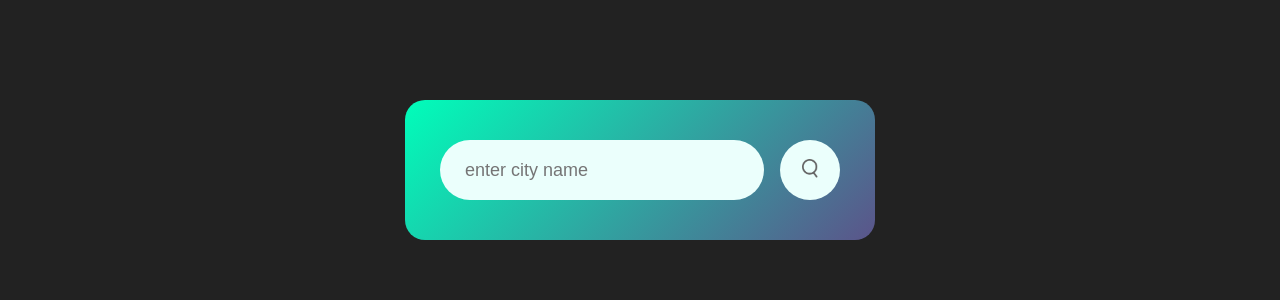
Repository: Alphosmart/weather
Page: index.html
An editor plug-in stored every save of this project. The page is shown before and after the next save, followed by the edit.
The browser window is 1280 px wide. The pictures show the whole page.

Above is the page before, as saved 2024-07-17 21:53:13.

After the next save:
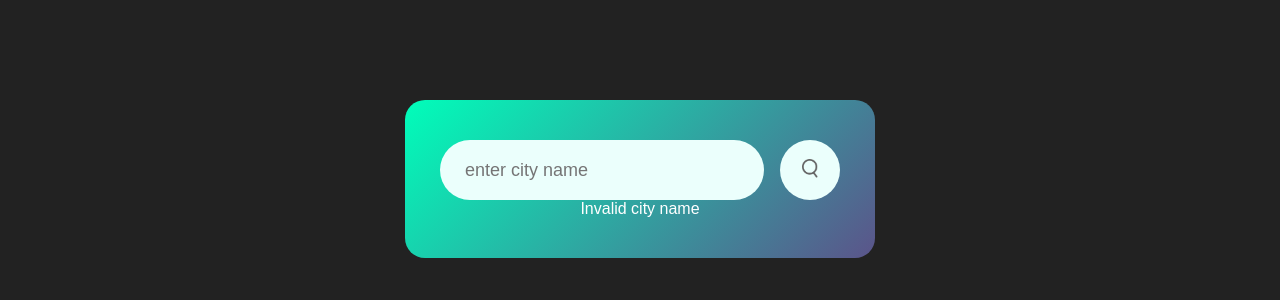
Saved 14 s later.
--- a/index.html
+++ b/index.html
@@ -13,7 +13,7 @@
         <button><img src="images/search.png" /></button>
       </div>
       <div class="error">
-        <p></p>
+        <p>Invalid city name</p>
       </div>
 
       <div class="weather">
